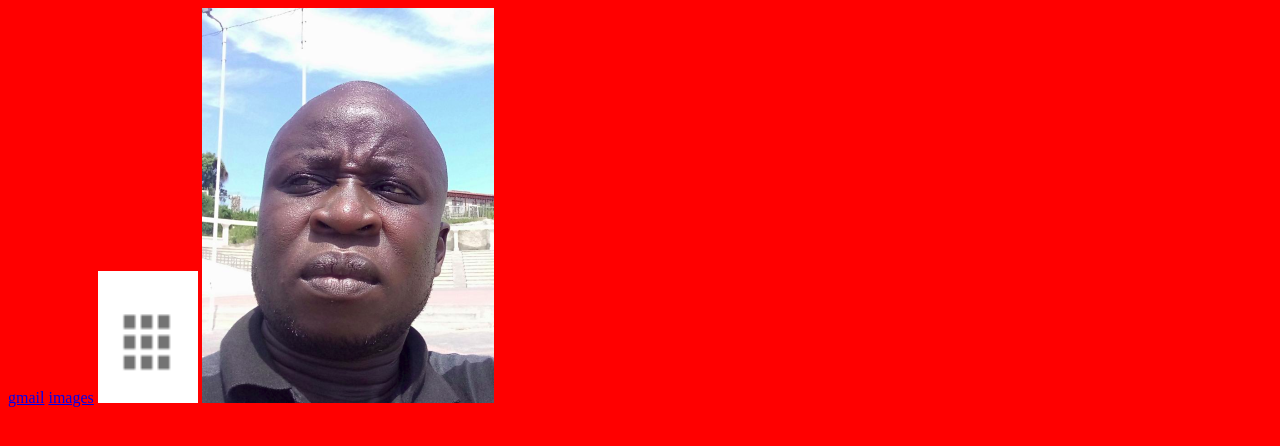
Repository: wkweyu/google_homepage
Page: index.html
The author's editor kept a copy of each file at every save. The page is drawn from the files as they stood at one save, then again after the next save.
The browser window is 1280 px wide. The pictures show the whole page.

Above is the page before, as saved 2020-05-21 17:26:33.

After the next save:
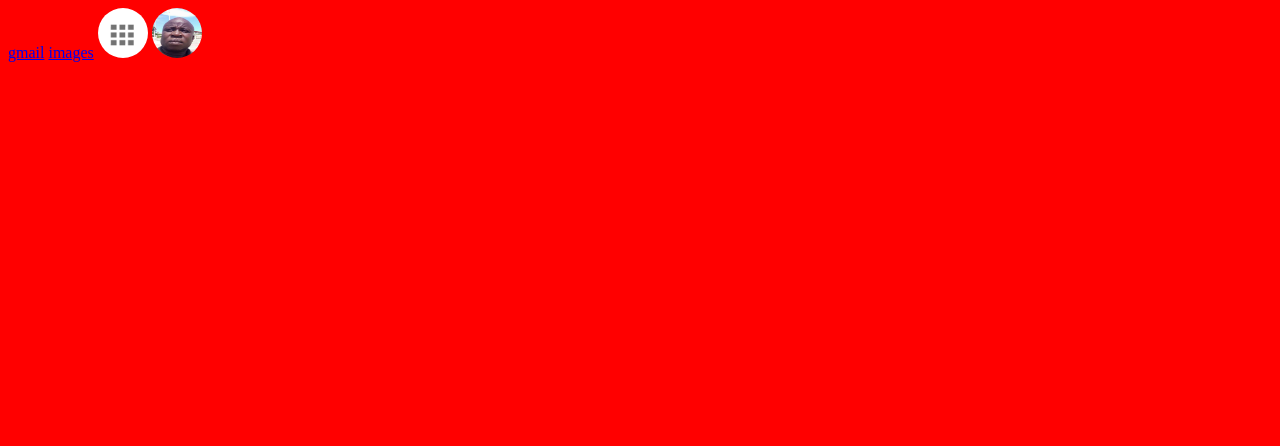
Saved 118 s later.
--- a/styles.css
+++ b/styles.css
@@ -1,4 +1,4 @@
-img .header-img {
+img.header-img {
     border-radius: 205px;
     background: #cdd0d1;
     /*box-shadow: 28px 28px 100px #757777, -28px -28px 100px #ffffff;*/
